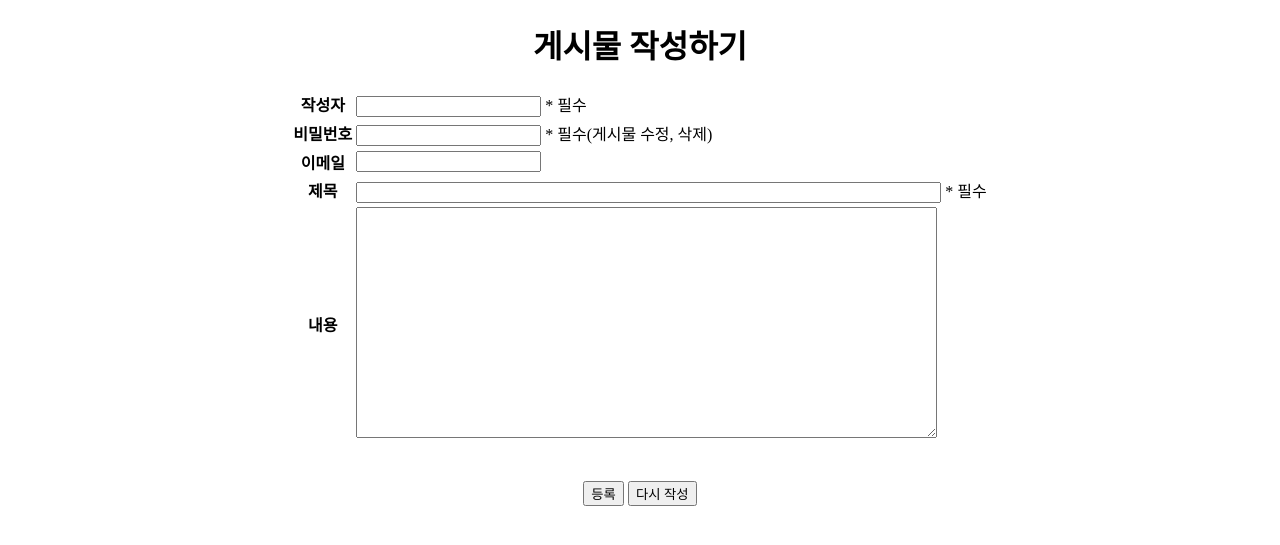
Repository: angwanghyeon/eclipse
Page: http://localhost/sec11/board/boardWrite.jsp
These files come from the project's save history. The page is drawn as it stood at one moment and after the next save; the edit follows.
The browser window is 1280 px wide. The pictures show the whole page.
The page is served by Tomcat 9.

Above is the page before, as saved 2023-09-06 01:33:34.

After the next save:
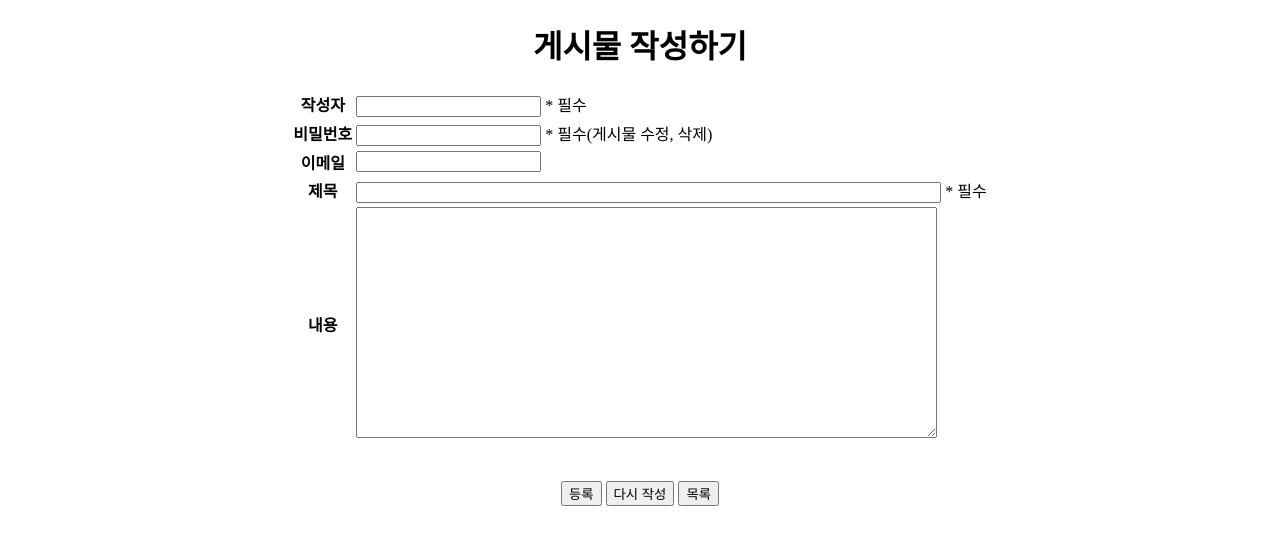
Saved 39 s later.
--- a/sec11/src/main/webapp/board/boardWrite.jsp
+++ b/sec11/src/main/webapp/board/boardWrite.jsp
@@ -36,6 +36,8 @@
 		 <br><br>
 		 <input type="submit" value="등록" onclick="return boardCheck()">
 		 <input type="reset" value="다시 작성">
+		 <input type="button" value="목록"
+		 onclick="location.href='BoardServlet?command=board_list'">
 	</form>
 </div>
 </body>
